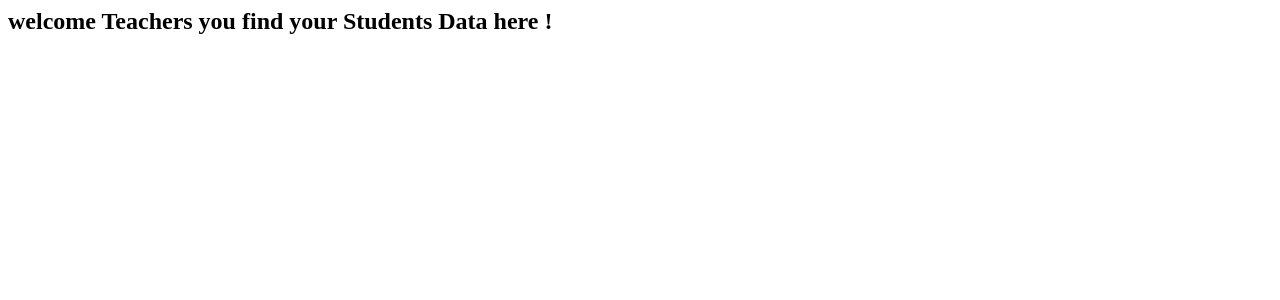
Repository: AakashPatel11799/mavenArchitecture
Page: http://localhost/maven-spring/input.jsp
An editor plug-in stored every save of this project. The page is shown before and after the next save, followed by the edit.
The browser window is 1280 px wide. The pictures show the whole page.
The page is served by Tomcat 9. Other server files are loaded and not shown.

Above is the page before, as saved 2024-06-17 10:16:51.

### maven-spring/src/main/webapp/input.jsp
<html>
<body>
<h2>welcome Teachers you find your Students Data here !</h2>
</body>
</html>

After the next save:
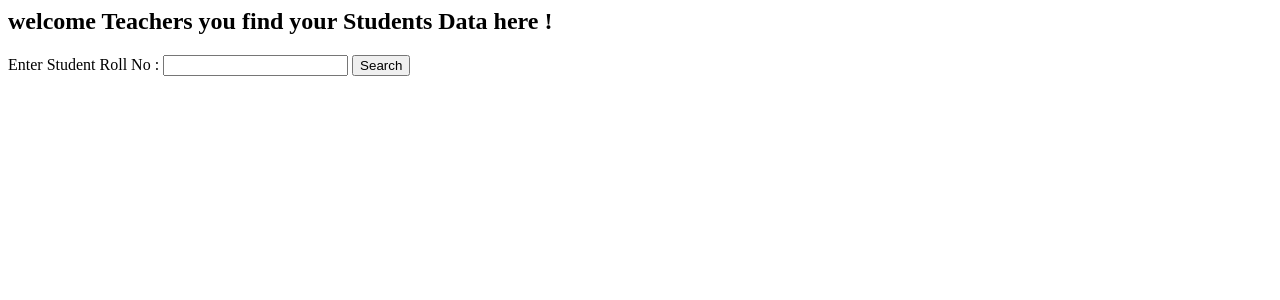
Saved 56 s later.
--- a/maven-spring/src/main/webapp/input.jsp
+++ b/maven-spring/src/main/webapp/input.jsp
@@ -1,5 +1,9 @@
 <html>
 <body>
 <h2>welcome Teachers you find your Students Data here !</h2>
+<form action="SearchStudent1">
+Enter Student Roll No : <input type="text" name="r1">
+<input type="submit" value ="Search">
+</form>
 </body>
 </html>
